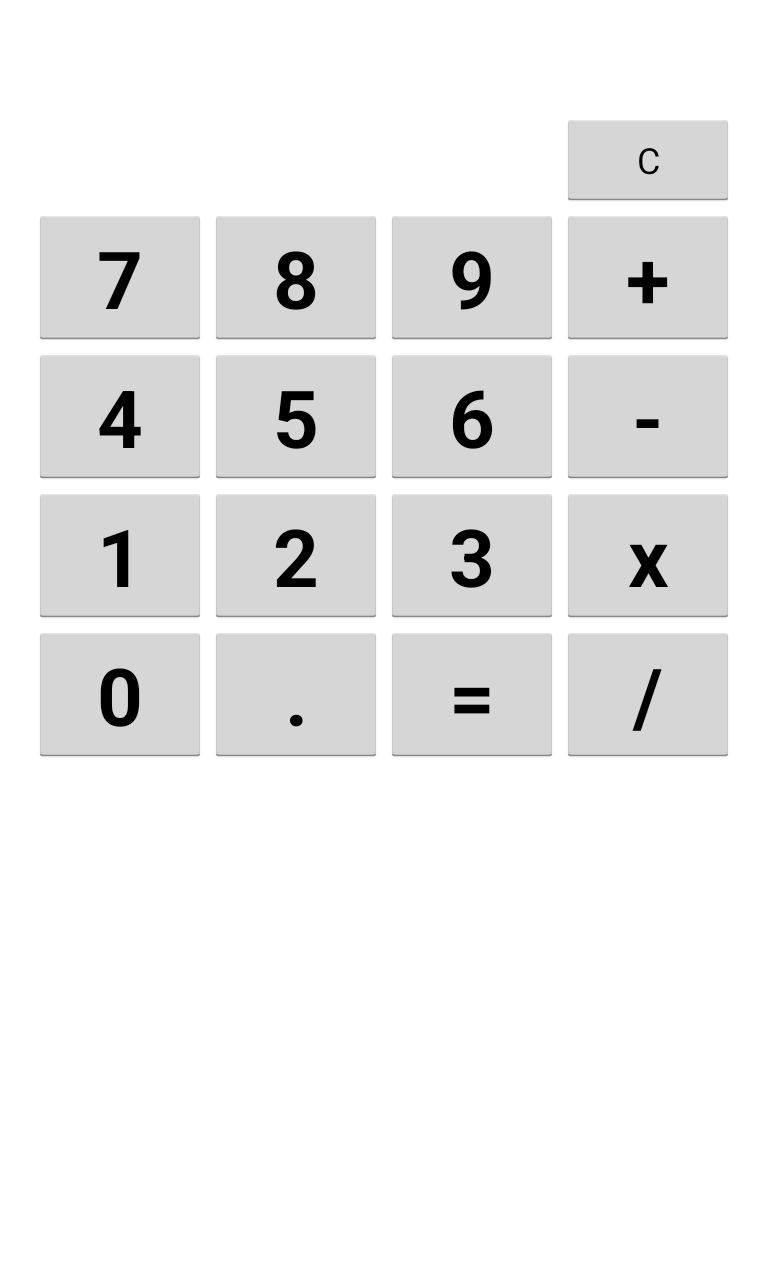
Repository: G3rcar/Android-I
Layout: SimpleCalculator/res/layout/activity_main.xml
An editor plug-in stored every save of this project. The layout is shown before and after the next save, followed by the edit.
It is drawn on a 768 x 1280 px phone screen (xhdpi) without system bars, with theme AppTheme; the app's code is not run.

Above is the layout before, as saved 2013-11-08 20:26:49.

After the next save:
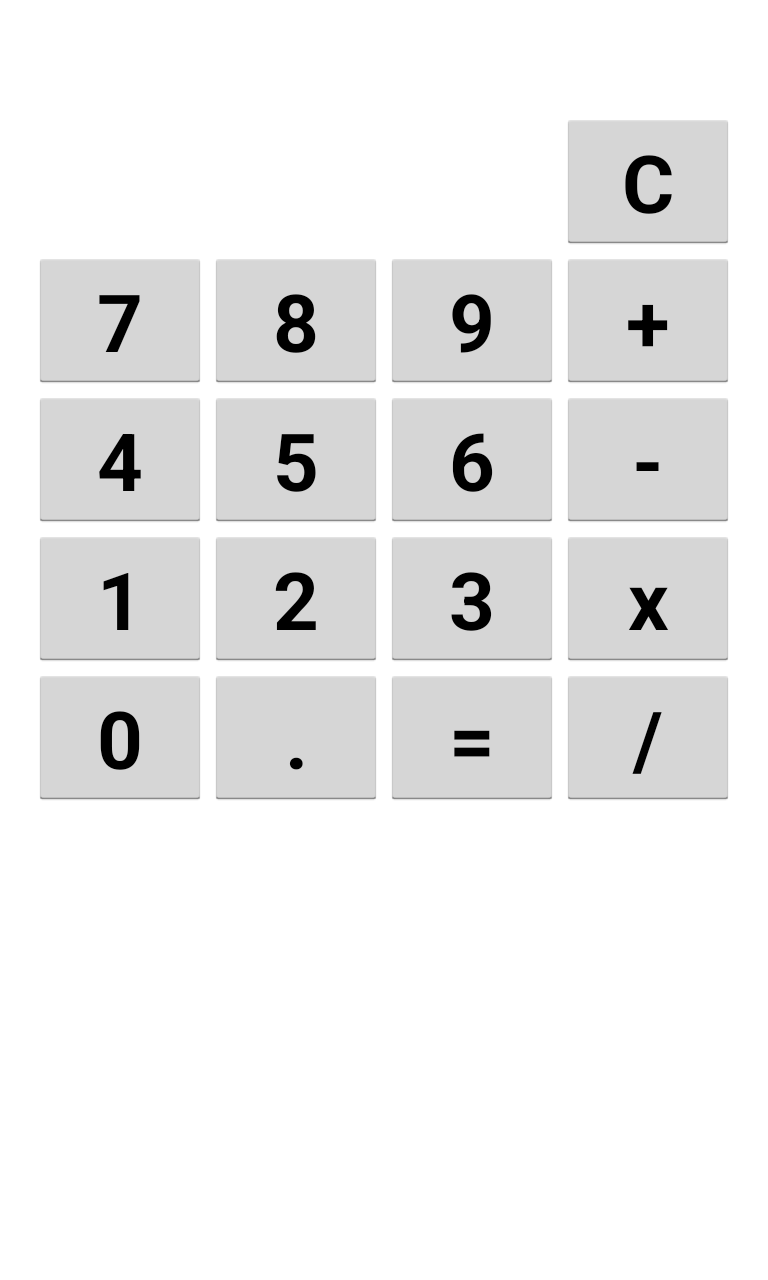
Saved 34 s later.
--- a/SimpleCalculator/res/layout/activity_main.xml
+++ b/SimpleCalculator/res/layout/activity_main.xml
@@ -32,9 +32,10 @@
 
               <Button
                   android:id="@+id/button1"
-                  android:layout_width="0dp"
-                  android:layout_weight="1"
-                  android:layout_height="wrap_content"
+                  style="@style/botonNumero"
+                  android:layout_width="0dp"
+                  android:layout_height="wrap_content"
+                  android:layout_weight="1"
                   android:text="C" />
 
           </LinearLayout>
